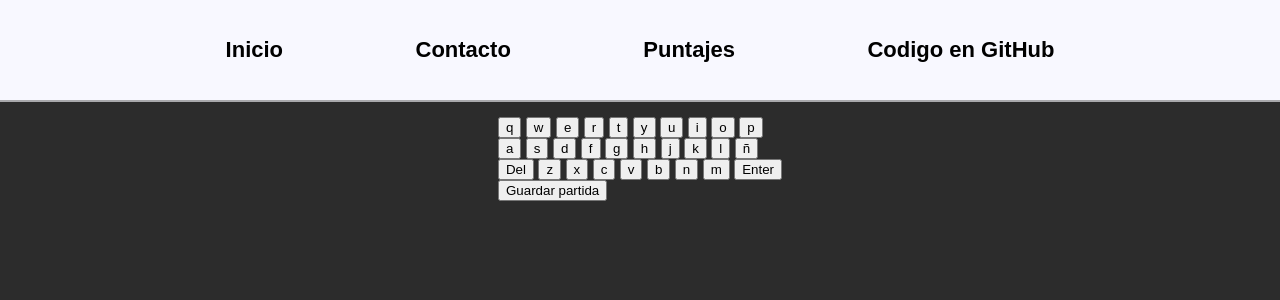
Repository: FacundoKinderknecht/FacundoKinderknecht_Wordle_Game_LPPA
Page: html/wordle.html
These files come from the project's save history. The page is drawn as it stood at one moment and after the next save; the edit follows.
The browser window is 1280 px wide. The pictures show the whole page.

Above is the page before, as saved 2023-08-08 03:32:55.

After the next save:
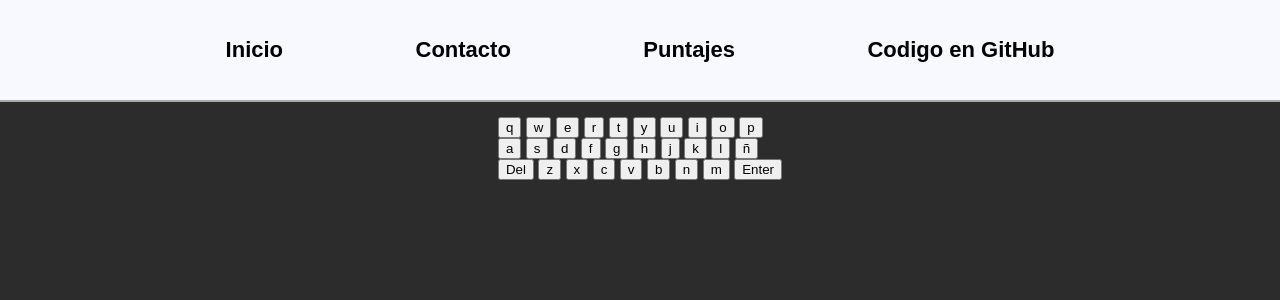
Saved 2 min 27 s later.
--- a/html/wordle.html
+++ b/html/wordle.html
@@ -113,10 +113,6 @@
                     <button class="keyboard-button">Enter</button>
                 </div>
             </div>
-
-            <div id="button-div">
-                <input type="button" class="save-button" value="Guardar partida" id="btn-save">
-            </div>
         </main>
     </body>
 </html>
